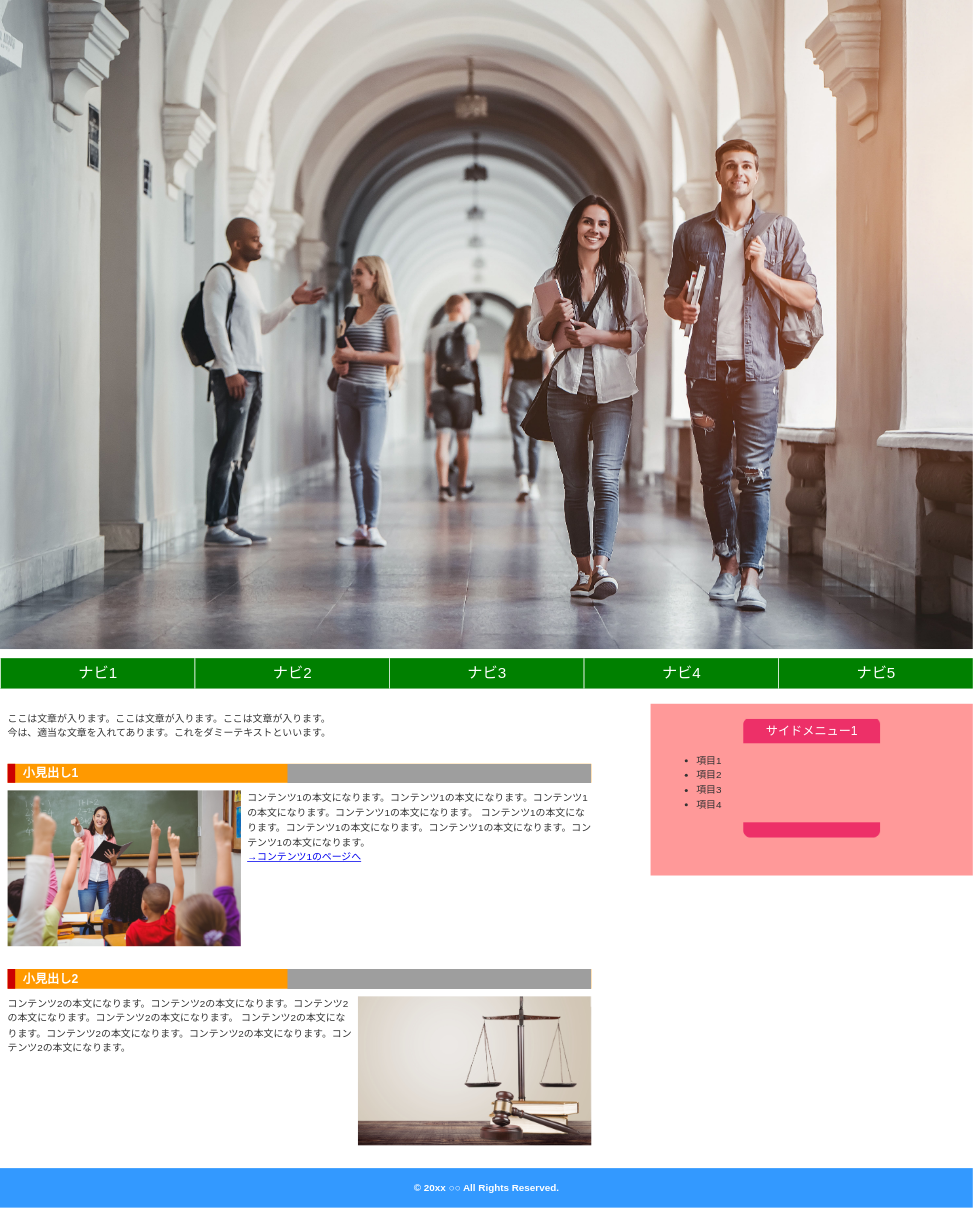
Repository: xki7-ko/samurai_HTML-CSS
Page: home.html
The author's editor kept a record of every edit. The page is drawn from the files as they stood at one moment, then again after the next edit.
The browser window is 1280 px wide. The pictures show the whole page, at 76% of full size.
Pictures or frames that could not be fetched are drawn as grey boxes.

Above is the page before.

### home.html
<!DOCTYPE html>
<html lang="ja">
    <head>
        <meta charset="UTF-8">
        <title>HTML/CSSの学習</title>
        <link rel="stylesheet" href="stylesheet.css">
    </head>
    <body>
        <div id="header">
            <h1><a href="index.html"><img id="corridor" src="images/corridor.jpg" alt="大学の廊下" /></a></h1>
        </div>
        <div id="wrapper">
            <div id="nav">
                <ul>
                    <li><a href="home.html">ナビ1</a></li>
                    <li><a href="#">ナビ2</a></li>
                    <li><a href="#">ナビ3</a></li>
                    <li><a href="#">ナビ4</a></li>
                    <li><a href="#">ナビ5</a></li>
                </ul>
            </div>
            <div id="container">
                <div id="main">
                    <div class="post">
                        <p>ここは文章が入ります。ここは文章が入ります。ここは文章が入ります。<br />今は、適当な文章を入れてあります。これをダミーテキストといいます。</p>
                    </div>
                    <div class="post clearfix">
                        <h2>小見出し1</h2>
                        <img class="left" src="images/classroom.jpg" alt="授業風景" />
                        <p>
                            コンテンツ1の本文になります。コンテンツ1の本文になります。コンテンツ1の本文になります。コンテンツ1の本文になります。
                            コンテンツ1の本文になります。コンテンツ1の本文になります。コンテンツ1の本文になります。コンテンツ1の本文になります。
                        </p>
                        <P><a href="#">→コンテンツ1のページへ</a></P>
                    </div>
                    <div class="post clearfix">
                        <h2>小見出し2</h2>
                        <img class="right" src="images/scale.jpg" alt="天秤" />
                        <p>
                            コンテンツ2の本文になります。コンテンツ2の本文になります。コンテンツ2の本文になります。コンテンツ2の本文になります。
                            コンテンツ2の本文になります。コンテンツ2の本文になります。コンテンツ2の本文になります。コンテンツ2の本文になります。
                        </p>
                    </div>
                </div>
                <div id="side">
                    <div class="box">
                        <h2>サイドメニュー1</h2>
                        <div class="boxbody">
                            <ul>
                                <li>項目1</li>
                                <li>項目2</li>
                                <li>項目3</li>
                                <li>項目4</li>
                            </ul>
                        </div>
                    </div>
                </div>
            </div>
        </div>
        <div id="footer">
            <p>&copy; 20xx ○○ All Rights Reserved.</p>
        </div>
    </body>
</html>

### stylesheet.css
@charset "utf-8";

body {
    margin: 0;
    padding: 0;
    font-family: "ヒラギノ角ゴ　pro　w3",
    "Hiragino kaku Gothic Pro", "メイリオ",Meiryo,Osaka,
    "MS　Ｐゴシック","MS PGothic", sans-serif;
    color: #333;
    font-size: 13px;
    line-height: 150%;
}

/*--------------- wrapper --------------------*/

#wrapper {
    width: 100%;
    margin: auto;
    padding: 0px;
    border: 0px;
    background-color: #FFF;
    top: 10px;
    position: relative;
}

/*------------ header -------------*/
#header {
    width: 100%;
}
#header h1 {
    margin: 0;
    padding: 0;
}

#corridor {
    width: 100%;
    height: auto;
}

/*------------- footer ------------*/
#footer {
    clear: both;
    width: 100%;
    padding: 3px 0 3px 0;
    background: #39F;
    color: #FFF;
    font-weight: bold;
    text-align: center;
}

/*----------- nav ----------------*/
#nav {
    width: 100%;
}
#nav ul {
    margin: 0;
    padding: 0;
    list-style-type: none;
}
#nav ul li {
    float: left;
    width: 20%;
    text-align: center;
}
#nav ul li a {
    display: block;
    height: 20px;
    margin: 0;
    padding: 10px;
    color: #FFF;
    font-size: 20px;
    text-decoration: none;
    background-color: green;
    border-left: 1px solid white;
}

#nav ul li a:hover{
	filter: drop-shadow(10px 10px 10px black);
}

/*------------- container ---------------*/
#container {
	width: 100%;
	margin: auto ;
	padding-top: 20px;
	clear: both;
}
/* -------------------- main -------------------- */
#main {
	float: left;
	width: 60%;
	padding: 10px 30px 10px 10px;
}
#main h2 {
	margin: 0 0 10px 0;
	padding: 3px 10px 3px 10px;
	color: #FFF;
	font-size: 16px;
	border-left: solid 10px #C00;
	background: #F90 url(../images/main_h2.jpg) right top repeat-y;
}
#main p {
	margin: 0;
	padding: 0;
}
#main .post {
	margin: 0 0 30px 0;
}

#main .post img.right {
	margin: 0 0 0 8px;
}
#main .post img.left {
	margin: 0 8px 0 0;
}

.right {
	float: right;
	width: 40%;
	height: auto;
}
.left {
	float: left;
	width: 40%;
	height: auto;
}

/* -------------------- clearfix -------------------- */
.clearfix {
	zoom: 1;
}
.clearfix:after{
	content: "";
	display: block;
	clear: both;
}

/* -------------------- side -------------------- */
#side {
	float: right;
	width: 30%;
	padding: 20px;
	background-color: #F99;
}
#side .box {
	margin: 0 auto 30px auto;
	padding: 0 0 20px 0;
	background: url(images/side_box.png) bottom no-repeat;
}
#side .box h2 {
	margin: 0;
	padding: 8px;
	text-align: center;
	color: #FFF;
	font-size: 16px;
	line-height: 16px;
	font-weight: normal;
	background: url(images/side_box_h2.png) center no-repeat;
}
#side .box .boxBody {
	padding: 8px;
	border-right: solid 1px #C36;
	border-bottom: solid 1px #C36;
	border-left: solid 1px #C36;
	background: #FFF;
}
#side .box .boxBody ul {
	margin: 0 0 16px 0;
	padding: 0;
}
#side .box .boxBody ul li {
	padding: 8px 0 8px 4px;
	list-style: none;
	border-bottom: solid 1px #C36;
}

After the next edit:
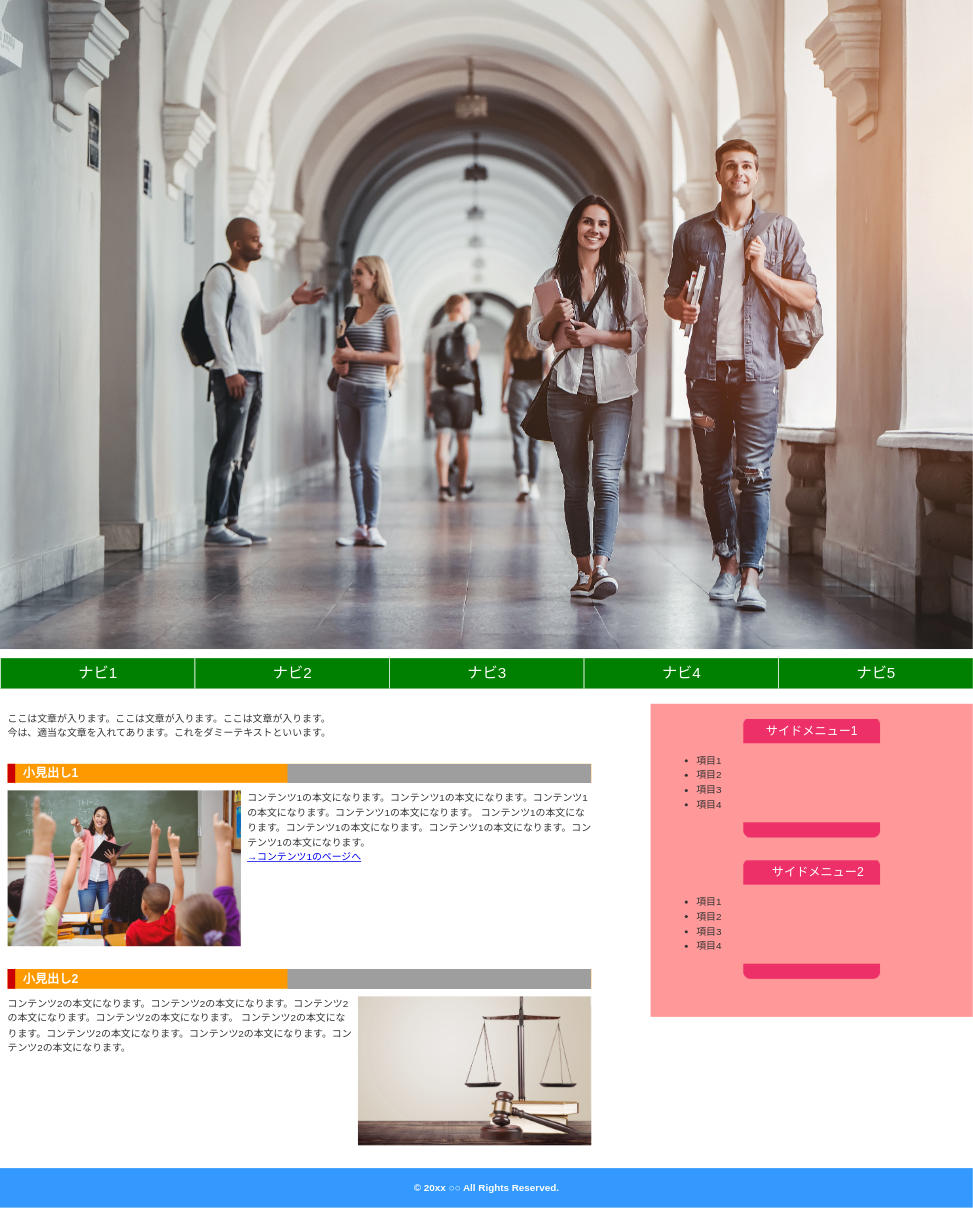
The edit:
--- a/home.html
+++ b/home.html
@@ -54,6 +54,17 @@
                             </ul>
                         </div>
                     </div>
+                    <div class="box">
+                        <h2>　サイドメニュー2</h2>
+                        <div class="boxbody">
+                            <ul>
+                                <li>項目1</li>
+                                <li>項目2</li>
+                                <li>項目3</li>
+                                <li>項目4</li>
+                            </ul>
+                        </div>
+                    </div>
                 </div>
             </div>
         </div>
